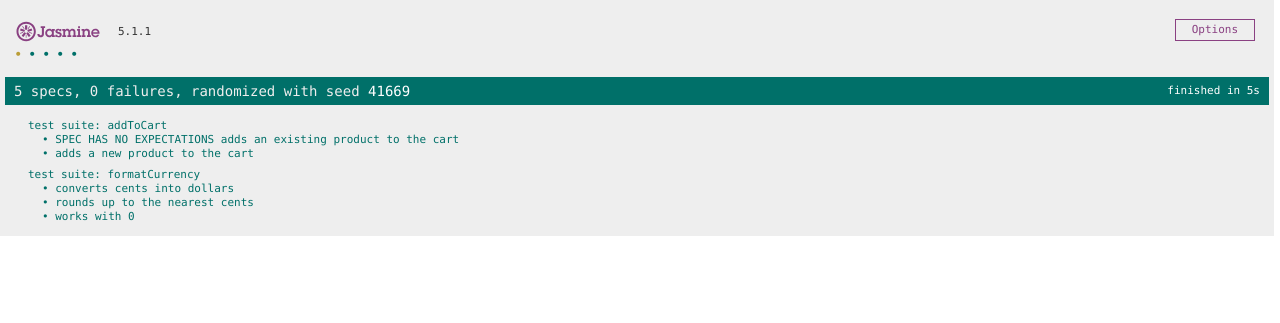
Repository: Jpr-2311/Amazon_Clone
Page: tests-jasmine/tests.html
An editor plug-in stored every save of this project. The page is shown before and after the next save, followed by the edit.
The browser window is 1280 px wide. The pictures show the whole page.

Above is the page before, as saved 2025-06-19 11:25:49.

### tests-jasmine/tests.html
<!DOCTYPE html>
<html>
<head>
  <meta charset="utf-8">
  <title>Jasmine Spec Runner v5.1.1</title>

  <link rel="shortcut icon" type="image/png" href="lib/jasmine-5.1.1/jasmine_favicon.png">
  <link rel="stylesheet" href="lib/jasmine-5.1.1/jasmine.css">

  <script src="lib/jasmine-5.1.1/jasmine.js"></script>
  <script src="lib/jasmine-5.1.1/jasmine-html.js"></script>
  <script src="lib/jasmine-5.1.1/boot0.js"></script>
  <!-- optional: include a file here that configures the Jasmine env -->
  <script src="lib/jasmine-5.1.1/boot1.js"></script>

  <script src="utils/moneyTest.js" type="module"></script>
  <script src="data/cartTest.js" type="module"></script>
</head>

<body>
</body>
</html>

### tests-jasmine/lib/jasmine-5.1.1/boot0.js
 /*
Copyright (c) 2008-2023 Pivotal Labs

Permission is hereby granted, free of charge, to any person obtaining
a copy of this software and associated documentation files (the
"Software"), to deal in the Software without restriction, including
without limitation the rights to use, copy, modify, merge, publish,
distribute, sublicense, and/or sell copies of the Software, and to
permit persons to whom the Software is furnished to do so, subject to
the following conditions:

The above copyright notice and this permission notice shall be
included in all copies or substantial portions of the Software.

THE SOFTWARE IS PROVIDED "AS IS", WITHOUT WARRANTY OF ANY KIND,
EXPRESS OR IMPLIED, INCLUDING BUT NOT LIMITED TO THE WARRANTIES OF
MERCHANTABILITY, FITNESS FOR A PARTICULAR PURPOSE AND
NONINFRINGEMENT. IN NO EVENT SHALL THE AUTHORS OR COPYRIGHT HOLDERS BE
LIABLE FOR ANY CLAIM, DAMAGES OR OTHER LIABILITY, WHETHER IN AN ACTION
OF CONTRACT, TORT OR OTHERWISE, ARISING FROM, OUT OF OR IN CONNECTION
WITH THE SOFTWARE OR THE USE OR OTHER DEALINGS IN THE SOFTWARE.
*/
/**
 This file starts the process of "booting" Jasmine. It initializes Jasmine,
 makes its globals available, and creates the env. This file should be loaded
 after `jasmine.js` and `jasmine_html.js`, but before `boot1.js` or any project
 source files or spec files are loaded.
 */
(function() {
  const jasmineRequire = window.jasmineRequire || require('./jasmine.js');

  /**
   * ## Require &amp; Instantiate
   *
   * Require Jasmine's core files. Specifically, this requires and attaches all of Jasmine's code to the `jasmine` reference.
   */
  const jasmine = jasmineRequire.core(jasmineRequire),
    global = jasmine.getGlobal();
  global.jasmine = jasmine;

  /**
   * Since this is being run in a browser and the results should populate to an HTML page, require the HTML-specific Jasmine code, injecting the same reference.
   */
  jasmineRequire.html(jasmine);

  /**
   * Create the Jasmine environment. This is used to run all specs in a project.
   */
  const env = jasmine.getEnv();

  /**
   * ## The Global Interface
   *
   * Build up the functions that will be exposed as the Jasmine public interface. A project can customize, rename or alias any of these functions as desired, provided the implementation remains unchanged.
   */
  const jasmineInterface = jasmineRequire.interface(jasmine, env);

  /**
   * Add all of the Jasmine global/public interface to the global scope, so a project can use the public interface directly. For example, calling `describe` in specs instead of `jasmine.getEnv().describe`.
   */
  for (const property in jasmineInterface) {
    global[property] = jasmineInterface[property];
  }
})();

### tests-jasmine/utils/moneyTest.js
import {formatCurrency} from '../../scripts/utils/money.js';

describe('test suite: formatCurrency',()=>{
 it('converts cents into dollars',()=>{
  expect(formatCurrency(2095)).toEqual('20.95');
 });

 it('works with 0',()=>{
  expect(formatCurrency(0)).toEqual('0.00');
 });

 it('rounds up to the nearest cents',()=>{
  expect(formatCurrency(2000.5)).toEqual('20.01')
 });
});

### tests-jasmine/data/cartTest.js
import {addToCart,cart,loadFromStorage} from'../../data/cart.js';


describe('test suite: addToCart',()=>{
  it('adds an existing product to the cart',()=>{

  });

  it('adds a new product to the cart',()=>{

spyOn(localStorage,'setItem');

      spyOn(localStorage,'getItem').and.callFake(()=>{
        return JSON.stringify([]);
      });
      loadFromStorage();

      addToCart('e43638ce-6aa0-4b85-b27f-e1d07eb678c6');
      expect(cart.length).toEqual(1);
      expect(localStorage.setItem).toHaveBeenCalledTimes(1);
      expect(cart[0].productId).toEqual;
  });
});

### data/cart.js
export let cart;

loadFromStorage();

 export function loadFromStorage(){
    cart = JSON.parse(localStorage.getItem('cart'));

          if (!cart) {
            cart = [{
            productId: 'e43638ce-6aa0-4b85-b27f-e1d07eb678c6',
            quantity: 2,
            deliveryOptionId: '1'
          }, {
            productId: '15b6fc6f-327a-4ec4-896f-486349e85a3d',
            quantity: 1,
            deliveryOptionId: '2'
          }];
         }
  }

function saveToStorage() {
  localStorage.setItem('cart', JSON.stringify(cart));
}

export function addToCart(productId) {
  let matchingItem;

  cart.forEach((cartItem) => {
    if (productId === cartItem.productId) {
      matchingItem = cartItem;
    }
  });

  if (matchingItem) {
    matchingItem.quantity += 1;
  } else {
    cart.push({
      productId: productId,
      quantity: 1,
      deliveryOptionId: '1'
    });
  }

  saveToStorage();
}

export function removeFromCart(productId) {
  const newCart = [];

  cart.forEach((cartItem) => {
    if (cartItem.productId !== productId) {
      newCart.push(cartItem);
    }
  });

  cart = newCart;

  saveToStorage();
}

export function updateDeliveryOption(productId, deliveryOptionId) {
  let matchingItem;

  cart.forEach((cartItem) => {
    if (productId === cartItem.productId) {
      matchingItem = cartItem;
    }
  });

  matchingItem.deliveryOptionId = deliveryOptionId;

  saveToStorage();
}

Loaded but not shown: tests-jasmine/lib/jasmine-5.1.1/jasmine.css (library); tests-jasmine/lib/jasmine-5.1.1/jasmine.js (library); tests-jasmine/lib/jasmine-5.1.1/jasmine-html.js (library); tests-jasmine/lib/jasmine-5.1.1/boot1.js (library); scripts/utils/money.js (common file)

After the next save:
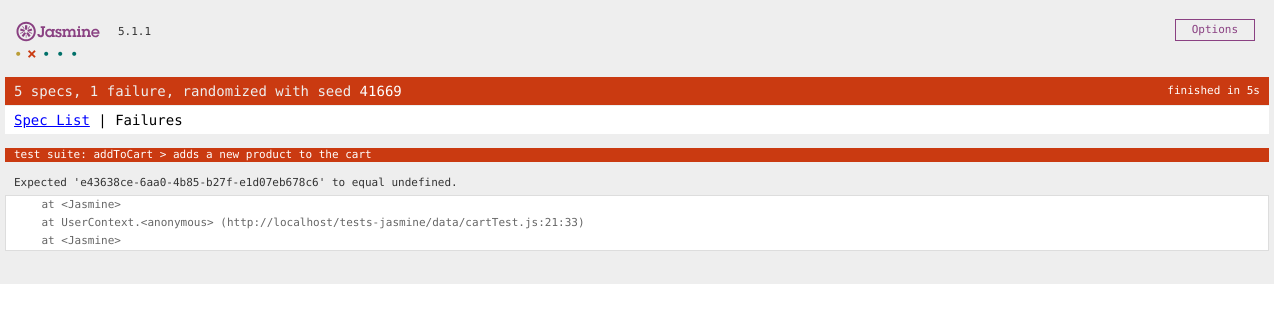
Saved 5 s later.
--- a/tests-jasmine/data/cartTest.js
+++ b/tests-jasmine/data/cartTest.js
@@ -18,6 +18,6 @@
       addToCart('e43638ce-6aa0-4b85-b27f-e1d07eb678c6');
       expect(cart.length).toEqual(1);
       expect(localStorage.setItem).toHaveBeenCalledTimes(1);
-      expect(cart[0].productId).toEqual;
+      expect(cart[0].productId).toEqual();
   });
 });
